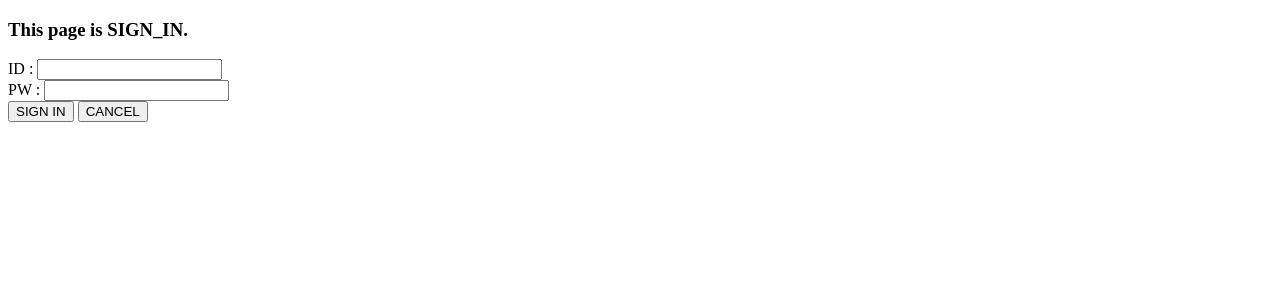
Repository: jjonggu/springMVC_STS
Page: http://localhost/ch08_pjt_01/signIn
The author's editor kept a copy of each file at every save. The page is drawn from the files as they stood at one save, then again after the next save.
The browser window is 1280 px wide. The pictures show the whole page.
The page is served by Tomcat 9. Other server files are loaded and not shown.

Above is the page before, as saved 2024-01-30 06:30:43.

### ch08_pjt_01/src/main/webapp/WEB-INF/views/sign_in.jsp
<%@ page language="java" contentType="text/html; charset=UTF-8" pageEncoding="UTF-8"%>
<!DOCTYPE html>
<html>
<head>
<meta charset="UTF-8">
<title>Insert title here</title>
</head>
<body>
	<h3>This page is SIGN_IN.</h3>

	<from action="/hello/signInConfirm" >
	   ID : <input type="text" name="m_id"><br/>
	   PW : <input type="password" name="m_pw"><br/>
		<input type ="submit" value="SIGN IN"/>
		<input type ="reset" value="CANCEL"/>
	</form>

</body>
</html>

After the next save:
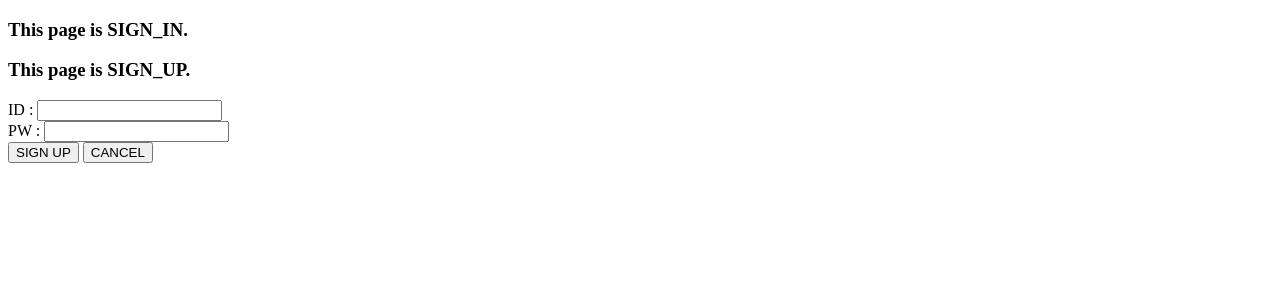
Saved 7 min 17 s later.
--- a/ch08_pjt_01/src/main/webapp/WEB-INF/views/sign_in.jsp
+++ b/ch08_pjt_01/src/main/webapp/WEB-INF/views/sign_in.jsp
@@ -8,11 +8,13 @@
 <body>
 	<h3>This page is SIGN_IN.</h3>
 
-	<from action="/hello/signInConfirm" >
+	<h3>This page is SIGN_UP.</h3>
+
+	<form action="/hello/signUpConfirm">
 	   ID : <input type="text" name="m_id"><br/>
 	   PW : <input type="password" name="m_pw"><br/>
-		<input type ="submit" value="SIGN IN"/>
-		<input type ="reset" value="CANCEL"/>
+	<input type ="submit" value="SIGN UP"/>
+	<input type ="reset" value="CANCEL"/>
 	</form>
 
 </body>
